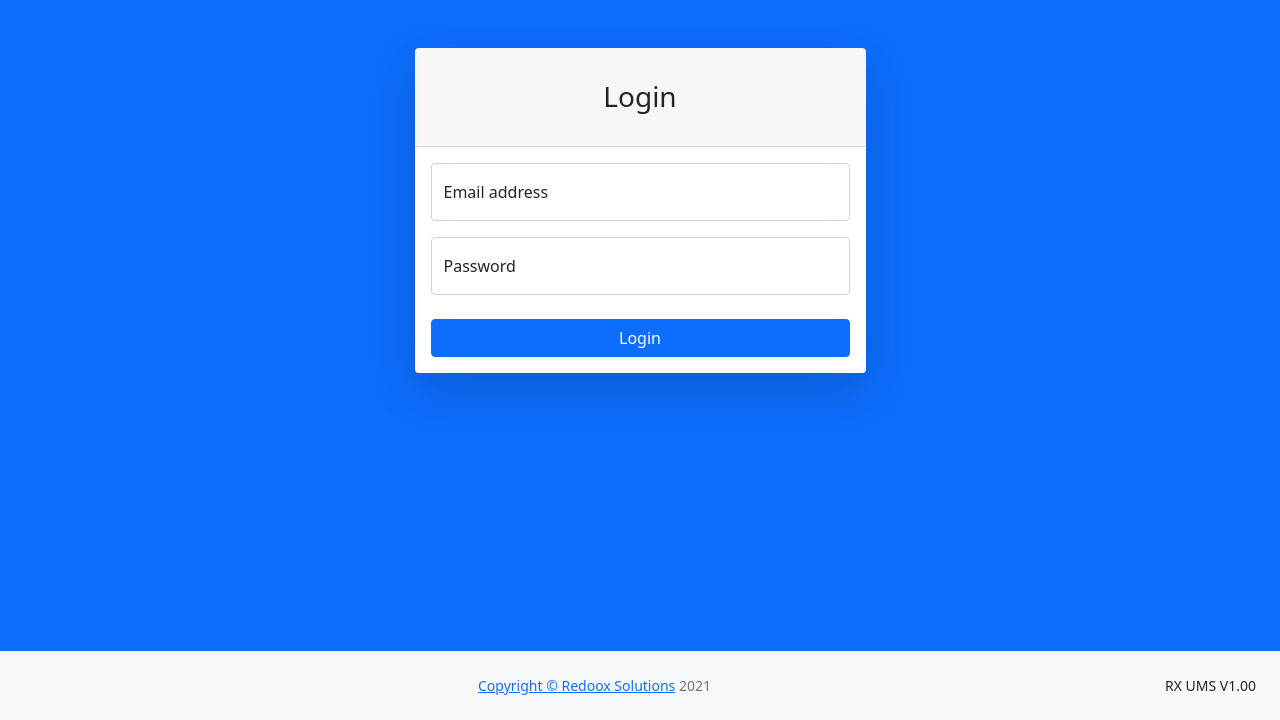
Repository: beroge/proactiveIT
Page: http://localhost/admin/login.php
The author's editor kept a copy of each file at every save. The page is drawn from the files as they stood at one save, then again after a run of saves.
The browser window is 1280 px wide. The pictures show the whole page.
The page is run by PHP 8.4 with error messages shown; the project is at /var/www/html/.

Above is the page before, as saved 2023-05-07 14:53:32.

After the next 2 saves:
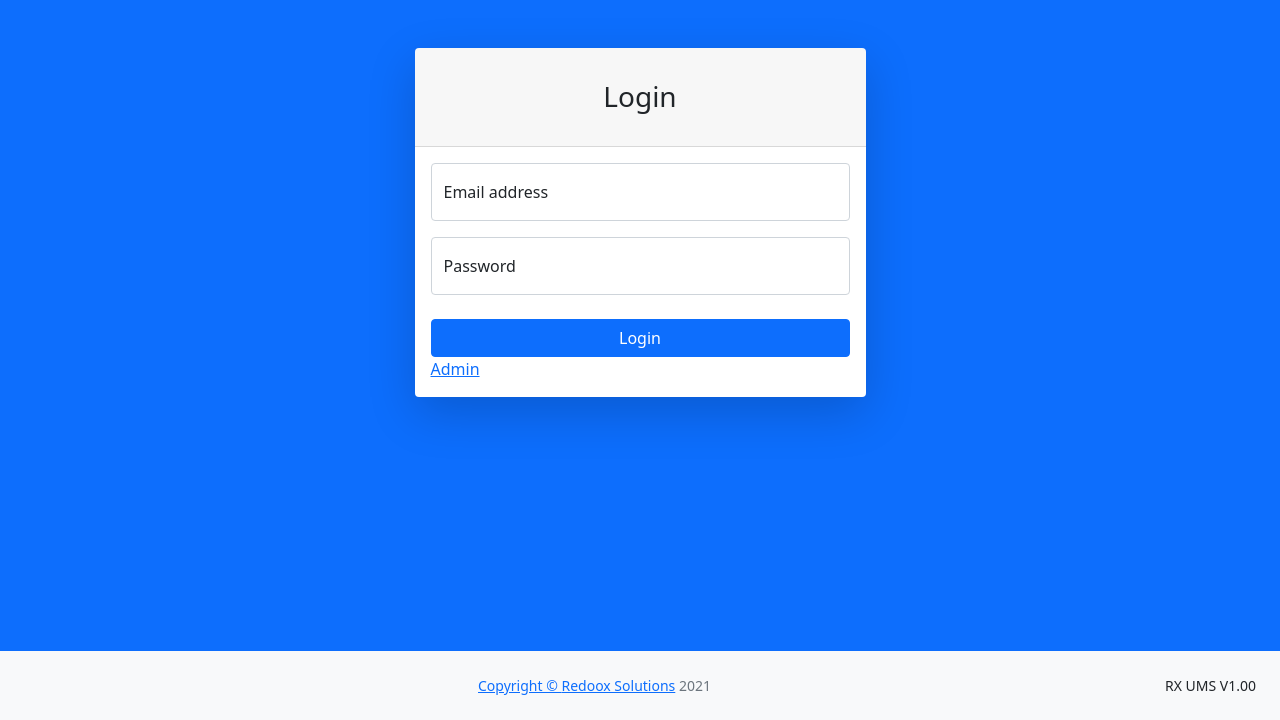
The 2 saves are shown as one change because they came seconds apart.
The last was saved 9 s later.
--- a/admin/login.php
+++ b/admin/login.php
@@ -44,7 +44,7 @@
                                             <div class="d-flex align-items-center justify-content-between mt-4 mb-0">
                                                 <input type="submit" name="login" class="btn w-100 btn-primary" value="Login">
                                             </div>
-                                            <a href="data/">
+                                            <a href="data/">Admin
                                         </form>
                                     </div>
                                 </div>
